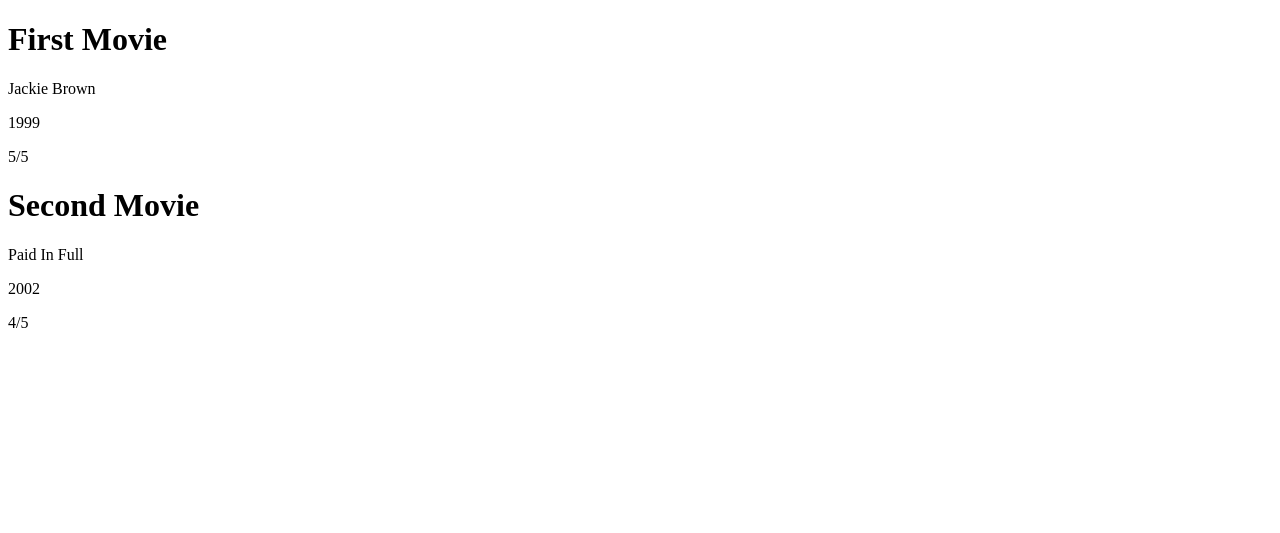
Repository: cs-fullstack-2020-spring/javascript-classes-cw-Awhit-commits
Page: index.html
An editor plug-in stored every save of this project. The page is shown before and after the next save, followed by the edit.
The browser window is 1280 px wide. The pictures show the whole page.

Above is the page before, as saved 2021-01-06 21:15:06.

### index.html
<!DOCTYPE html>
<html lang="en">

<head>
    <meta charset="UTF-8">
    <meta name="viewport" content="width=device-width, initial-scale=1.0">
    <title>Document</title>
    <!-- <link rel="stylesheet" href="style.css"> -->
</head>

<body>
    <div id = "secondProblem">

    </div>
   <script src = "index.js"></script>
</body>

</html>

### index.js
let problem1 = ()=>{
    let ContactInfo = class{
        constructor(firstName,lastName,email){
            this.firstName=firstName,
            this.lastName=lastName,
            this.email = email



        }
    }
    let newPerson = new ContactInfo("Andrew","Moore","andrew@trex.com")
    console.log(newPerson.firstName)
    alert(`Your first name is ${newPerson.firstName}\nYour last name is ${newPerson.lastName}\n Your email is ${newPerson.email}`)
}
// problem1();

let problem2 =()=>{
    let Movie = class{
        constructor(movieTitle,movieYear,rating){
            this.movieTitle = movieTitle,
            this.movieYear = movieYear,
            this.rating= rating
        }
    }

    let firstMovie = new Movie("Jackie Brown", "1999","5/5")
    let secondMovie = new Movie("Paid In Full", "2002","4/5")
    let thirdMovie = new Movie("", "1999","5/5")
    showMovie = document.getElementById("secondProblem")
    showMovie.innerHTML = (`<div>
        <h1>First Movie</h1>
        <p>${firstMovie.movieTitle}</p>
        <p>${firstMovie.movieYear}</p>
        <p>${firstMovie.rating}</p>
    </div>
   <div>
        <h1>Second Movie</h1>
        <p>${secondMovie.movieTitle}</p>
        <p>${secondMovie.movieYear}</p>
        <p>${secondMovie.rating}</p>
    </div>`)
}
problem2()

After the next save:
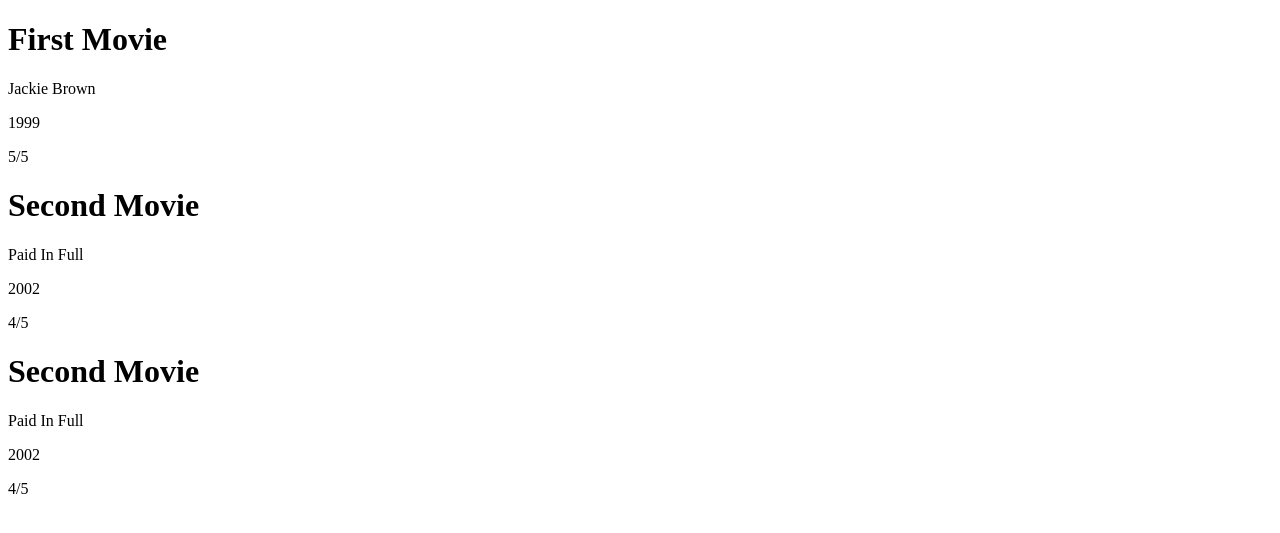
Saved 27 min 13 s later.
--- a/index.js
+++ b/index.js
@@ -39,6 +39,10 @@
         <p>${secondMovie.movieTitle}</p>
         <p>${secondMovie.movieYear}</p>
         <p>${secondMovie.rating}</p>
+        <h1>Second Movie</h1>
+        <p>${secondMovie.movieTitle}</p>
+        <p>${secondMovie.movieYear}</p>
+        <p>${secondMovie.rating}</p>
     </div>`)
 }
 problem2()
